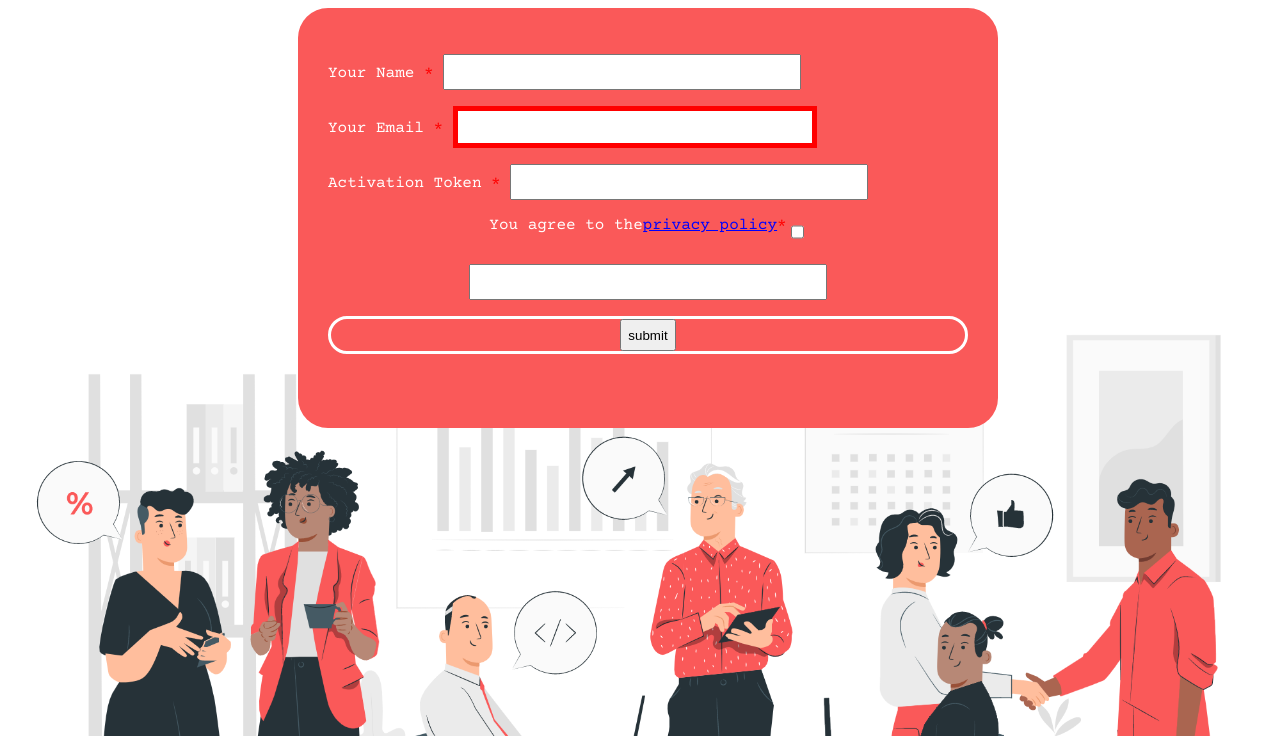
Repository: Rachael4life/Assignment-1
Page: starter-code/src/index.html
These files come from the project's save history. The page is drawn as it stood at one moment and after a run of saves; the edit follows.
The browser window is 1280 px wide. The page is 1288 px wide, so the pictures cover 1288 px, including what lies to the right of the window. The pictures show the whole page.

Above is the page before, as saved 2022-02-27 14:30:18.

After the next 6 saves:
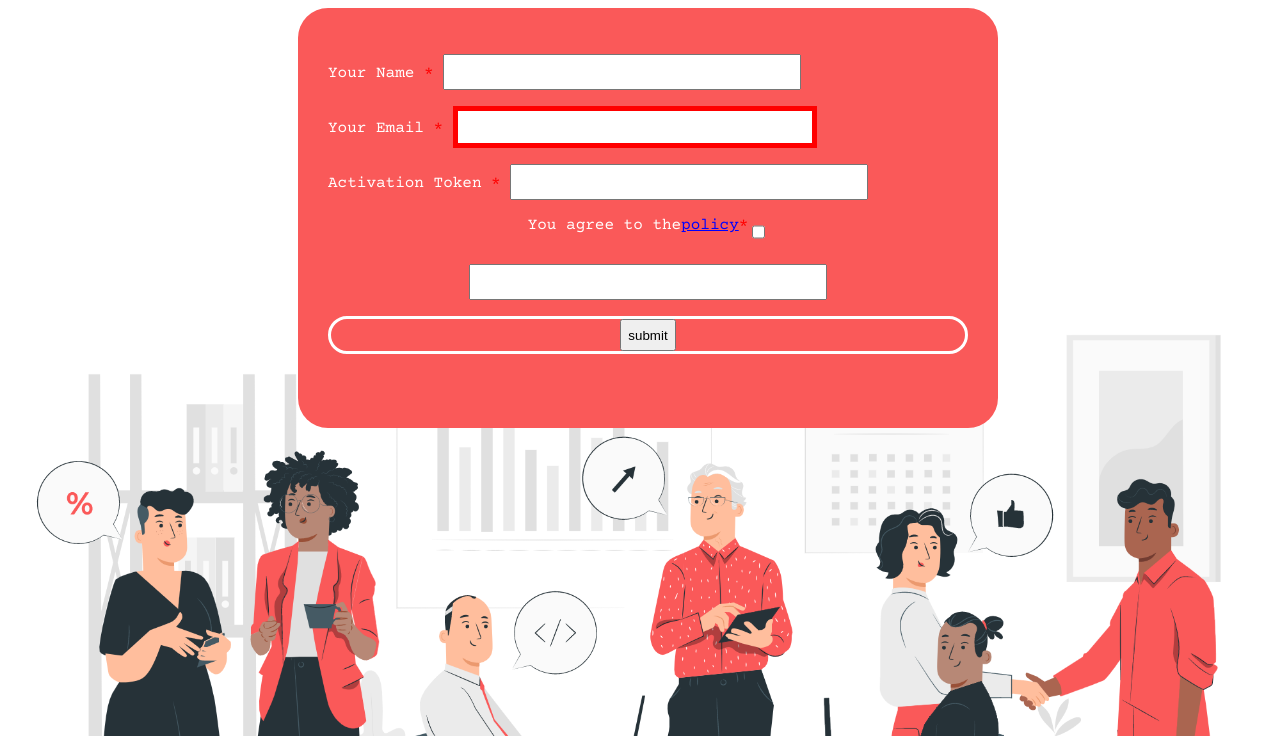
The 6 saves are shown as one change because they came seconds apart.
The last was saved 16 s later.
--- a/starter-code/src/index.html
+++ b/starter-code/src/index.html
@@ -28,7 +28,7 @@
             </div>
            <p></p>
             <div id="water"><p></p>
-                You agree to the <a href="privacy policy" id="privacy">privacy policy</a> <span class="asteric">*</span> <input type="checkbox">
+                You agree to the <a href="privacy policy" id="privacy"><b></b> policy</a> <span class="asteric">*</span> <input type="checkbox">
             </div>
             <p></p>
             <div id="beef"><p></p>

After the 3 saves that followed:
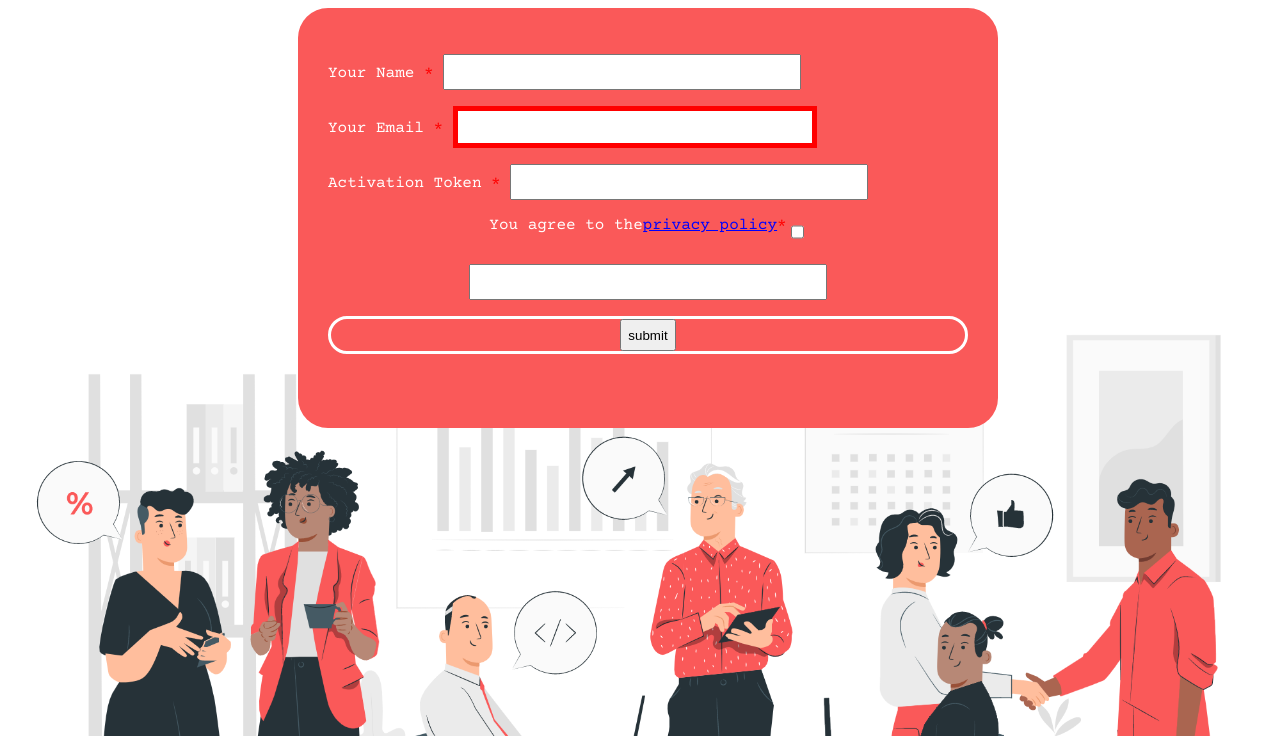
The 3 saves are shown as one change because they came seconds apart.
The last was saved 14 s later.
--- a/starter-code/src/index.html
+++ b/starter-code/src/index.html
@@ -28,7 +28,7 @@
             </div>
            <p></p>
             <div id="water"><p></p>
-                You agree to the <a href="privacy policy" id="privacy"><b></b> policy</a> <span class="asteric">*</span> <input type="checkbox">
+                You agree to the <a href="privacy policy" id="privacy"><b></b>privacy policy</a> <span class="asteric">*</span> <input type="checkbox">
             </div>
             <p></p>
             <div id="beef"><p></p>
